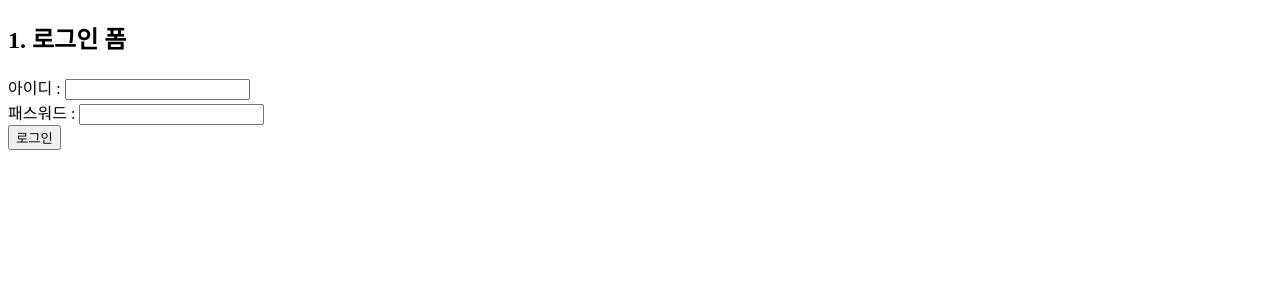
Repository: jungwoonAn/jsp_basic
Page: http://localhost/MustHaveJSP/02_ImplicitObject/ResponseMain.jsp
An editor plug-in stored every save of this project. The page is shown before and after the next save, followed by the edit.
The browser window is 1280 px wide. The pictures show the whole page.
The page is served by Tomcat 10.

Above is the page before, as saved 2024-10-17 01:42:19.

After the next save:
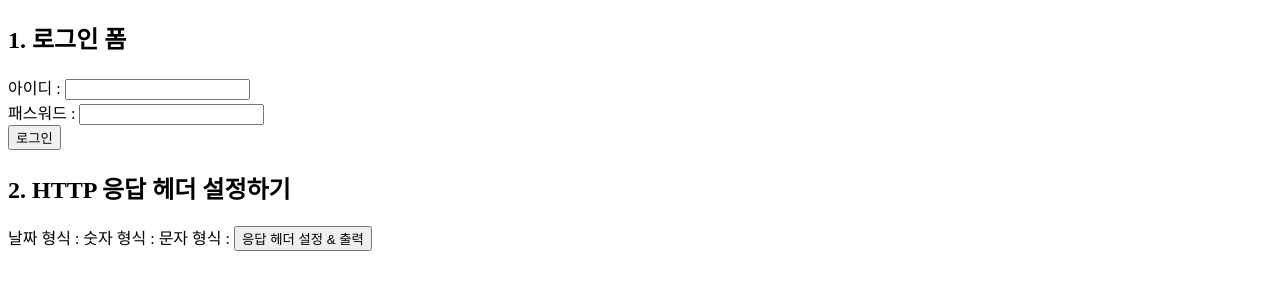
Saved 66 s later.
--- a/MustHaveJSP/src/main/webapp/02_ImplicitObject/ResponseMain.jsp
+++ b/MustHaveJSP/src/main/webapp/02_ImplicitObject/ResponseMain.jsp
@@ -18,5 +18,13 @@
 		<button type="submit">로그인</button>
 	</form>
 
+	<h2>2. HTTP 응답 헤더 설정하기</h2>
+	<form action="./ResponseHeader.jsp" method="get">
+		날짜 형식 :
+		숫자 형식 :
+		문자 형식 :
+		<button type="submit">응답 헤더 설정 & 출력</button>
+	</form>
+
 </body>
 </html>
